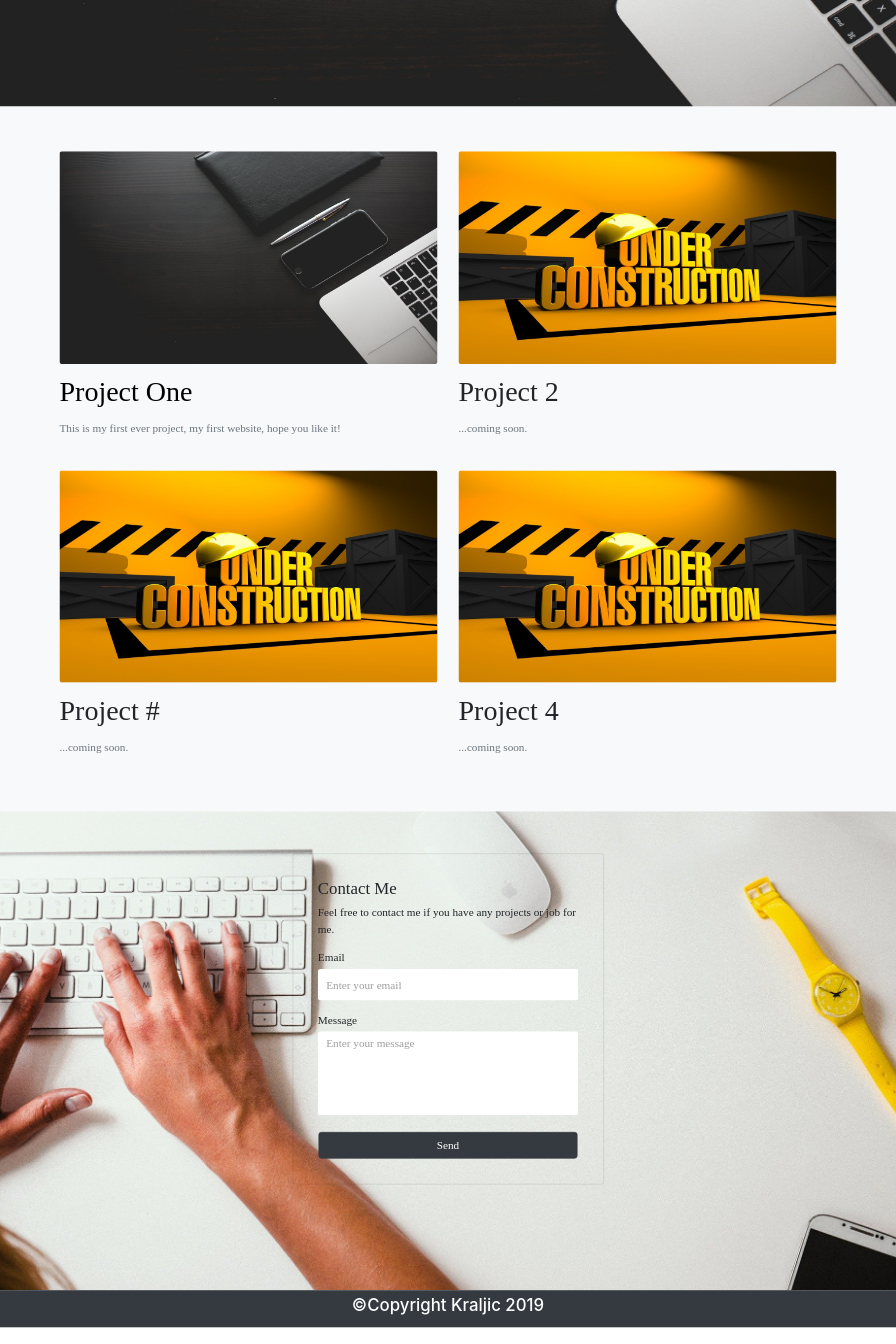
Repository: Kraljiccar/User-Centric-Frontend-Development-Milestone-Project
Page: index.html
The author's editor kept a record of every edit. The page is drawn from the files as they stood at one moment, then again after the next edit.
The browser window is 1280 px wide. The pictures show the part of the page from y = 1483 to 3403 px (the page is 3403 px tall), at 70% of full size.
Backgrounds fixed to the window are drawn as part of the page. Some web fonts or font styles are not loaded; a fallback is used. Some web libraries are served in a nearby version.

Above is the page before.

### index.html
<!DOCTYPE html>
<html lang="en-US">

<head>
    <meta charset="UTF-8">
    <meta name="viewport" content="width=device-width, initial-scale=1.0">
    <meta http-equiv="X-UA-Compatible" content="ie=edge">
    <link rel="stylesheet" href="./assets/css/style.css" type="text/css" />
    <script src="https://kit.fontawesome.com/34f2385a53.js" crossorigin="anonymous"></script>
    <link rel="stylesheet" href="https://stackpath.bootstrapcdn.com/bootstrap/4.3.1/css/bootstrap.min.css" integrity="sha384-ggOyR0iXCbMQv3Xipma34MD+dH/1fQ784/j6cY/iJTQUOhcWr7x9JvoRxT2MZw1T" crossorigin="anonymous">
    <link rel="stylesheet" href="https://stackpath.bootstrapcdn.com/font-awesome/4.7.0/css/font-awesome.min.css" type="text/css" />

    <title>Nemanja Kraljic</title>
</head>

<body data-spy="scroll" data-target="#navbarResponsive">
    <nav class="navbar navbar-expand-sm transparent navbar-dark p-2 fixed-top fonts">
        <div class="container">
  <button class="navbar-toggler" type="button" data-toggle="collapse" data-target="#navbarTogglerDemo03" aria-controls="navbarTogglerDemo03" aria-expanded="false" aria-label="Toggle navigation">
    <span class="navbar-toggler-icon"></span>
  </button>


  <div class="collapse navbar-collapse justify-content-end  " id="navbarTogglerDemo03">

    <ul class="nav navbar-nav navbar-right">
      <li class="nav-item">
        <a class="nav-link" href="#banner">Home <span class="sr-only">(current)</span></a>
      </li>
      <li class="nav-item">
        <a class="nav-link" href="#about-me">About me</a>
      </li>
       <li class="nav-item">
        <a class="nav-link" href="#skills">My skills</a>
      </li>
       <li class="nav-item">
        <a class="nav-link" href="#projects">My projects</a>
      </li>
       <li class="nav-item">
        <a class="nav-link" href="#contact">Contact me</a>
      </li>

    </ul>
    </div>
  </div>
</nav>
    <section id="banner">
        <div class="container">
            <div class="row max-viewport align-items-center text-center fonts">
                <div class="col-md-6 ">
                    <h1 class="text-white text-uppercase">Nemanja Kraljic</h1>
                    <h3 class="text-white h3sd">-Software developer-</h2>

                </div>
            </div>
        </div>
    </section>
    <!-----about me----->
    <section id="about-me">
        <div class="container-wrapper fonts">
    <div class="container features-container content-container">
        <section class="about">
            <div class="row">
                <div class="col-12 page-header">
                    <h2>About:</h2>
                    <hr class="block-devider block-devider-short block-devider--white">
                </div>
            </div>
            <div class="row">
                <div class="col-12 col-md-4 col-lg-4">
                    <div class="feature">
                        <h3><i class="far fa-question-circle d-none d-sm-block"> </i>Who am I?</h3>
                       <p>Currently i am learning HTML, CSS and bootstrap. JavaScript and Python languages, using Django and Flask frameworks is coming soon in the next few months.</p>
                    </div>
                </div>
                <div class="col-12 col-md-4 col-lg-4">
                    <div class="feature">
                        <h3><i class="fas fa-user-graduate d-none d-sm-block"> </i>Studies</h3>
                         <p>I am currently student at Code Institute. Always had a love to coding but after high school simply went on anothere side, mechanical engineering. Few years later after facultry i have realised that coding is my thing.</p>


                    </div>
                </div>
                <div class="col-12 col-md-4 col-lg-4">
                    <div class="feature">
                        <h3><i class="fab fa-github-square d-none d-sm-block">GitHub </i></h3>
                        <p>Here you have a <a href="https://github.com/Kraljiccar" target="_blank">link</a> to my github page.<span><a href="https://github.com/Kraljiccar" target="_blank"><i class="fab fa-github-square"></i></a></span></p>

                        <h3><i class="fas fa-envelope-open-text d-none d-sm-block">CV </i></h3>
                        <p>Here you have a link to my github page.<span><a href="https://github.com/Kraljiccar" target="_blank"><i class="fas fa-envelope-open-text "></i></a></span></p>

                    </div>
                </div>
            </div>

    </div>
    </div>
    </section>
    <!-----skills---->
    <section id="skills" class="p-5">
        <div class="naslov fonts">
            <h1 class="mb-5 mt-5"> My Software skills</h1>
        </div>
       <div class="row progress-section">
                    <div class="col">
                        <div class="progress" >
                            <div class="progress-bar bg-dark" role="progressbar" aria-valuenow="80" aria-valuemin="0" aria-valuemax="100" style="width:80%;">
                                <span class="sl-only">80% </span>
                            </div>
                            <span class="progress-type">HTML / HTML5</span>
                        </div>
                        <div class="progress">
                            <div class="progress-bar bg-dark" role="progressbar" aria-valuenow="70" aria-valuemin="0" aria-valuemax="100" style="width:70%;">
                                <span class="sl-only">70% </span>
                            </div>
                            <span class="progress-type">CSS / CSS3</span>
                        </div>
                        <div class="progress">
                            <div class="progress-bar bg-dark" role="progressbar" aria-valuenow="60" aria-valuemin="0" aria-valuemax="100" style="width:60%;">
                                <span class="sl-only">60%</span>
                            </div>
                            <span class="progress-type">Bootstrap</span>
                        </div>
                        <div class="progress">
                            <div class="progress-bar bg-dark" role="progressbar" aria-valuenow="25" aria-valuemin="0" aria-valuemax="100" style="width:25%;">
                                <span class="sl-only">25% </span>
                            </div>
                            <span class="progress-type">javascript</span>
                        </div>

                    </div>
                </div>
</div>
</div>
    </section>

    <section id="projects" class="p-5 bg-light">
        <div class="container fonts">
            <div class="row">
                <div class="col-sm-6 my-3" >
                  <a class="project-link" href="#banner">  <img src="assets/images/office.jpg" alt="#" class="img-fluid rounded" alt="picture">
                    <h1 class="my-3">Project One</h1>
                    <p class="text-muted">This is my first ever project, my first website, hope you like it!</p>
               </a>
                </div>
                <div class="col-sm-6 my-3">
                    <img src="assets/images/under-construction.jpg" alt="#" class="img-fluid rounded" alt="picture">
                    <h1 class="my-3">Project 2</h1>
                    <p class="text-muted">...coming soon.</p>
                </div>
                <div class="col-sm-6 my-3">
                    <img src="assets/images/under-construction.jpg" alt="#" class="img-fluid rounded" alt="picture">
                    <h1 class="my-3">Project #</h1>
                    <p class="text-muted">...coming soon.</p>
                </div>
                <div class="col-sm-6 my-3">
                    <img src="assets/images/under-construction.jpg" alt="#" class="img-fluid rounded" alt="picture">
                    <h1 class="my-3">Project 4</h1>
                    <p class="text-muted">...coming soon.</p>
                </div>


            </div>
        </div>
    </section>
    <section id="contact">
        <div class="container fonts">
            <div class="row justify justify-content-center">
                <div class="col-11 col-md-8 col-lg-6 col-xl-5">
                    <form class="">
                        <div class="card bg-transparent">
                            <div class="row mt-0">
                                <div class="col-md-12 ">
                                    <h4 class="">Contact Me</h4>
                                    <p>Feel free to contact me if you have any projects or job for me.</p>
                                </div>
                            </div>
                            <div class="form-group row mb-3">
                                <div class="col-md-12 mb-0">
                                    <p class="mb-1">Email</p> <input id="e-mail" type="text" placeholder="Enter your email" name="email" class="form-control input-box rm-border">
                                </div>
                            </div>
                            <div class="form-group row">
                                <div class="col-md-12 mb-2">
                                    <p class="mb-1">Message</p> <textarea id="message" type="text" placeholder="Enter your message" name="message" class="form-control input-box rm-border"></textarea>
                                </div>
                            </div>
                            <div class="form-group row justify-content-center mb-0">
                                <div class="col-md-12 px-3"> <input type="submit" value="Send" class="btn btn-block btn-dark rm-border"> </div>
                            </div>
                        </div>
                    </form>
                </div>
            </div>
        </div>
    </section>
    <section id="footer" class="p-2 bg-dark">
        <div class="container">
            <div class="row">
                <div class="col text-center">
                    <h4 class="text-white text-capiralize">&copy;Copyright Kraljic 2019</h4>
                </div>
            </div>
        </div>

    </section>
    <!-----Script---->
    <script src="https://code.jquery.com/jquery-3.3.1.slim.min.js" integrity="sha384-q8i/X+965DzO0rT7abK41JStQIAqVgRVzpbzo5smXKp4YfRvH+8abtTE1Pi6jizo" crossorigin="anonymous"></script>
    <script src="https://cdnjs.cloudflare.com/ajax/libs/popper.js/1.14.7/umd/popper.min.js" integrity="sha384-UO2eT0CpHqdSJQ6hJty5KVphtPhzWj9WO1clHTMGa3JDZwrnQq4sF86dIHNDz0W1" crossorigin="anonymous"></script>
    <script src="https://stackpath.bootstrapcdn.com/bootstrap/4.3.1/js/bootstrap.min.js" integrity="sha384-JjSmVgyd0p3pXB1rRibZUAYoIIy6OrQ6VrjIEaFf/nJGzIxFDsf4x0xIM+B07jRM" crossorigin="anonymous"></script>
</body>

</html>

### assets/css/style.css
@import url('https://fonts.googleapis.com/css?family=Calistoga&display=swap');

body {
 font-family: 'Calistoga', cursive;

  margin: 0;
  padding: 0;
}

.transparent {
  background-color: rgba(0, 0, 0, 0.6);
}

/*---------------------------------------------Home */

.fonts {
  font-family: 'Calistoga', cursive;
}

.max-viewport {
  min-height: 100vh;
}


#banner,
#skills {
  background: url("../images/office.jpg"), linear-gradient(rgba(179, 179, 179, 1), rgba(247, 247, 247, 1));
  background-attachment: fixed;
  background-position: center center;
  background-repeat: no-repeat;
  background-size: cover;


}
.h3sd {
  text-decoration: underline;
}
/*---------------------------------------------About me */

.container-wrapper {

  margin-top: 25px;
  margin-bottom: 25px;
}
/*---------------------------------------------My skills */
.naslov {
  color: #fff;
}

.naslov h1 {
  text-align: center;
}

.progress {
  position: relative;
  height: 25px;
  margin-bottom: 13px;
}

.progress-type {
  position: absolute;
  left: 0px;
  font-weight: 500;
  color: #fafafa;
  background-color: rgba(25, 25, 25, 0.6);

}

.progress-section {
  margin: 140px 20px;
  background-color: transparent;

}

/*---------------------------------------------My projects */

.img-fluid {
  width: 100%;
  height: 20%;
  background-position: center;
  background-size: cover;
  background-repeat: no-repeat;

}

.project-link {
  color: black;
}

.img-fluid:hover {
  transform: translateY(-50px), translatex(-50px);
  box-shadow: 0 15px 35px rgba(0, 0, 0, 0.9);
}



.project-link:hover {
  color: grey;
}

/*---------------------------------------------Contact me */

#contact {
  width: 100%;
  height: 95vh;
  background-image: url(../images/keyboard.jpg);
  background-position: center center;
  background-size: cover;
  background-attachment: fixed;
}

.box {
  margin: auto
}

.card {
  padding: 8%;
  padding-top: 35px;
  margin-top: 60px;
  margin-bottom: 80px
}

textarea[name="message"] {
  resize: none
}

#e-mail {
  height: 45px
}

#message {
  height: 120px
}

input.input-box,
textarea.input-box {
  background-color: #fff;
  border: #616161;
  color: #000;
}

input.input-box:focus,
textarea.input-box:focus {
  background-color: #F5F5F5;
  color: #000;
}

.rm-border:focus {
  border-color: inherit;
  -webkit-box-shadow: none;
  box-shadow: none
}

form .form-control::-webkit-input-placeholder {
  color: #9E9E9E
}


/*---------------------------------------------footer */

#footer{
  margin-bottom: 0;
  background: fixed;
}

After the next edit:
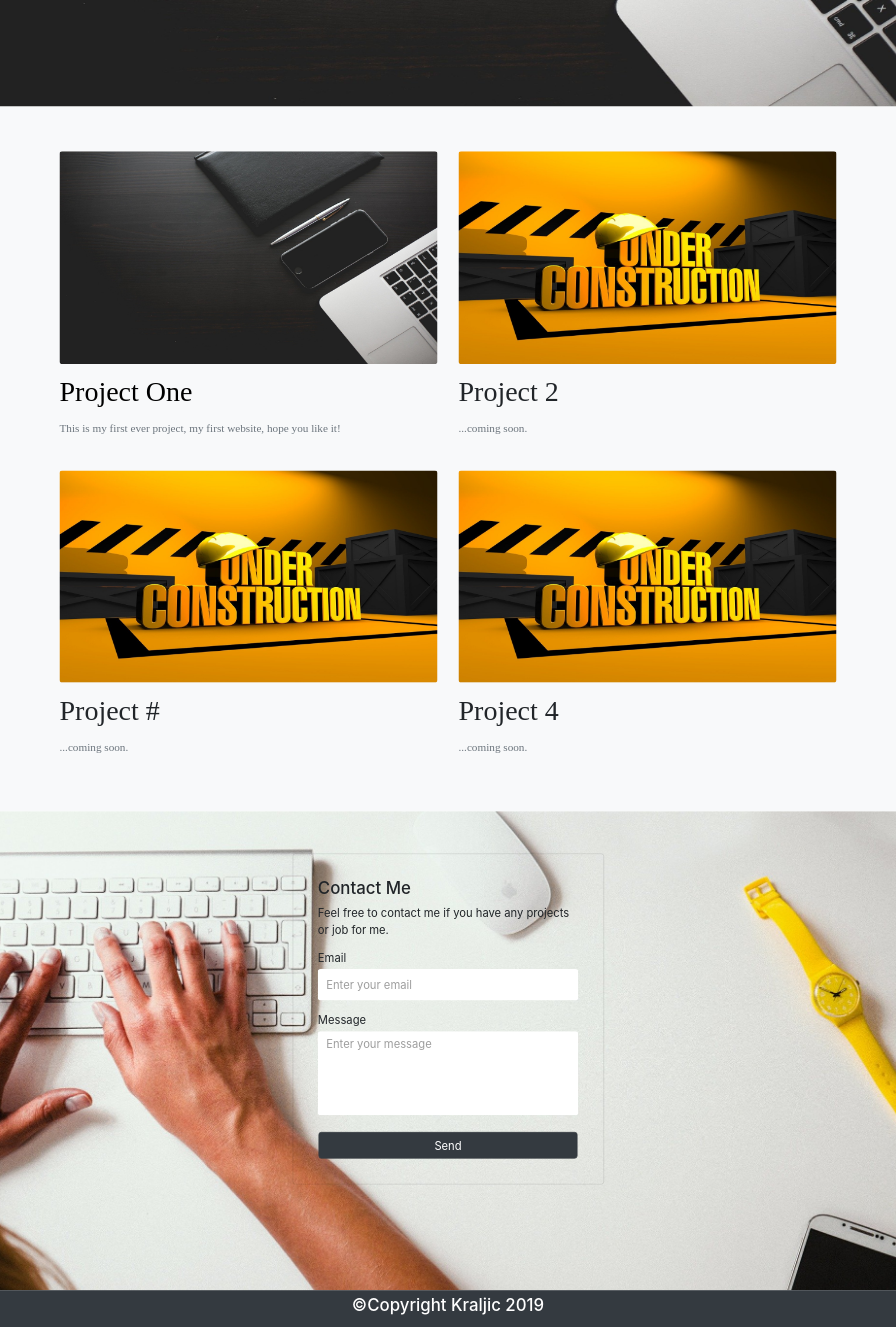
The edit:
--- a/index.html
+++ b/index.html
@@ -164,7 +164,7 @@
         </div>
     </section>
     <section id="contact">
-        <div class="container fonts">
+        <div class="container">
             <div class="row justify justify-content-center">
                 <div class="col-11 col-md-8 col-lg-6 col-xl-5">
                     <form class="">
